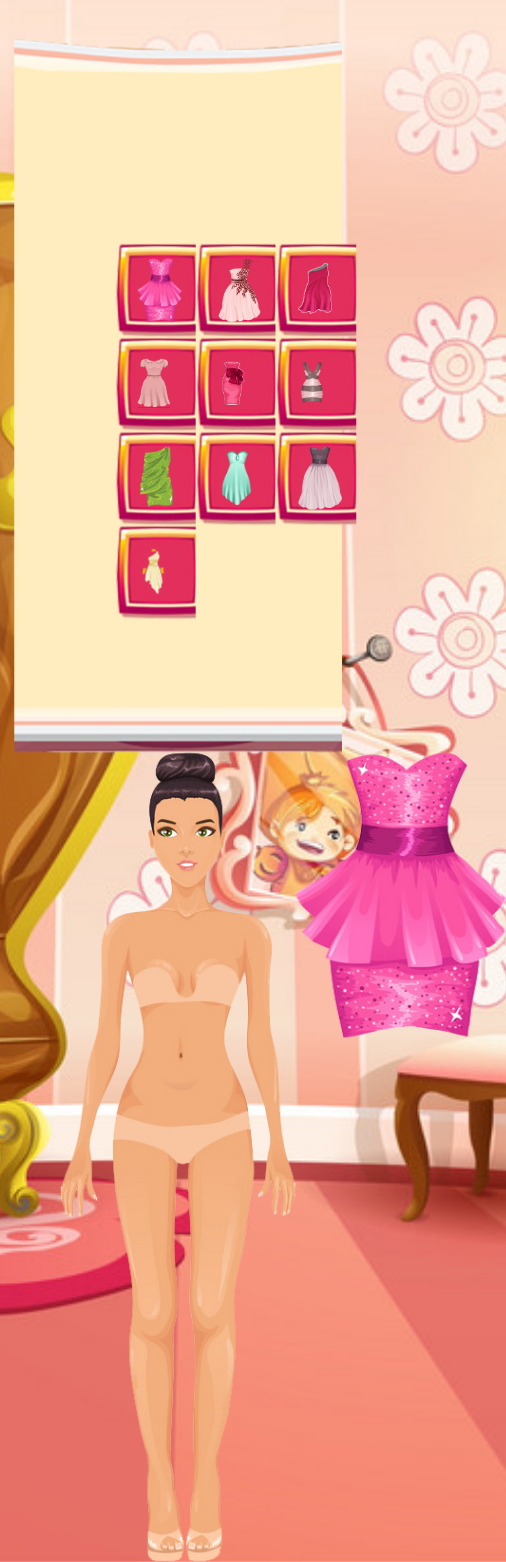
Repository: bunbubam/GameThayDoReactjs_NguyenKhacNghia
Page: /
The author's editor kept a copy of each file at every save. The page is drawn from the files as they stood at one save, then again after the next save.
The browser window is 375 px wide. The page is 533 px wide, so the pictures cover 533 px, including what lies to the right of the window. The pictures show the whole page, at 95% of full size.
The project was rebuilt for these pictures with package versions that can differ from the ones it lists, and the page was loaded fresh each time.

Above is the page before, as saved 2022-04-08 16:41:11.

### public/index.html
<!doctype html>
<html lang="en">
  <head>
    <title>GameThaydo</title>
    <!-- Required meta tags -->
    <meta charset="utf-8">
    <meta name="viewport" content="width=device-width, initial-scale=1, shrink-to-fit=no">

    <!-- Bootstrap CSS -->
    <link rel="stylesheet" href="https://stackpath.bootstrapcdn.com/bootstrap/4.3.1/css/bootstrap.min.css" integrity="sha384-ggOyR0iXCbMQv3Xipma34MD+dH/1fQ784/j6cY/iJTQUOhcWr7x9JvoRxT2MZw1T" crossorigin="anonymous">
  </head>
  <body>
    <div id="root"></div>
    <!-- Optional JavaScript -->
    <!-- jQuery first, then Popper.js, then Bootstrap JS -->
    <script src="https://code.jquery.com/jquery-3.3.1.slim.min.js" integrity="sha384-q8i/X+965DzO0rT7abK41JStQIAqVgRVzpbzo5smXKp4YfRvH+8abtTE1Pi6jizo" crossorigin="anonymous"></script>
    <script src="https://cdnjs.cloudflare.com/ajax/libs/popper.js/1.14.7/umd/popper.min.js" integrity="sha384-UO2eT0CpHqdSJQ6hJty5KVphtPhzWj9WO1clHTMGa3JDZwrnQq4sF86dIHNDz0W1" crossorigin="anonymous"></script>
    <script src="https://stackpath.bootstrapcdn.com/bootstrap/4.3.1/js/bootstrap.min.js" integrity="sha384-JjSmVgyd0p3pXB1rRibZUAYoIIy6OrQ6VrjIEaFf/nJGzIxFDsf4x0xIM+B07jRM" crossorigin="anonymous"></script>
  </body>
</html>

### src/App.js
import logo from './logo.svg';
import './App.css';
import Dress from './gamethaydo/dress';

function App() {
  return (
    <Dress></Dress>
  );
}

export default App;

### src/App.css
body {
    background: url(gamethaydo/images/dress-room.jpg) no-repeat;
    background-position: 50% 53%;
    background-size: cover;
}
.girl {
    position: relative;
    top: 0;
    left: 0;
    width: 247px;
    height: 852px;
    z-index: -1;
}
.girl .clothing-main {
    position: absolute;
    z-index: 1;
}
.clothing-box {
    background: url(gamethaydo/images/box.png) no-repeat;
    background-position: 50% 50%;
    background-size: cover;
    width: 700px;
    height: 792px;
    padding: 115px 0 0 121px;
}
.clothing-item {
    background: url(gamethaydo/images/menu.png) no-repeat;
    width: 100px;
    height: 99px;
    cursor: pointer;
}
.clothing-item img {height: 67px;}
#Clothing1 {
    top: 25%;
    left: 6.5%;
}
#Clothing2 {
    top: 19%;
    left: 3%;
}
#Clothing3 {
    top: 19%;
    left: 7.5%;
}
#Clothing4 {
    top: 19.5%;
    left: 9.5%;
}
#Clothing5 {
    top: 26%;
    left: 20.3%;
}
#Clothing6 {
    top: 19%;
    left: 22%;
}
#Clothing7 {
    top: 19.4%;
    left: 5.5%;
}
#Clothing8 {
    top: 26%;
    left: 17%;
}
#Clothing9 {
    top: 26%;
    left: 4%;
}
#Clothing10 {
    top: 16.6%;
    left: 4%;
}

@media (min-width: 1200px) {
    body {overflow: hidden;}
    .dress-main .row {height: 100vh;}
    .girl {top: 3%;}
}
@media (max-width: 480px) {

}

### src/gamethaydo/dress.js
import React, {Component} from 'react';
import ChildDress from './childDress';
import Clothing1 from './images/trangphuc1.png';
import Clothing2 from './images/trangphuc2.png';
import Clothing3 from './images/trangphuc3.png';
import Clothing4 from './images/trangphuc4.png';
import Clothing5 from './images/trangphuc5.png';
import Clothing6 from './images/trangphuc6.png';
import Clothing7 from './images/trangphuc7.png';
import Clothing8 from './images/trangphuc8.png';
import Clothing9 from './images/trangphuc9.png';
import Clothing10 from './images/trangphuc10.png';
import Clothing11 from './images/trangphuc_mini/trangphuc1.png';
import Clothing12 from './images/trangphuc_mini/trangphuc2.png';
import Clothing13 from './images/trangphuc_mini/trangphuc3.png';
import Clothing14 from './images/trangphuc_mini/trangphuc4.png';
import Clothing15 from './images/trangphuc_mini/trangphuc5.png';
import Clothing16 from './images/trangphuc_mini/trangphuc6.png';
import Clothing17 from './images/trangphuc_mini/trangphuc7.png';
import Clothing18 from './images/trangphuc_mini/trangphuc8.png';
import Clothing19 from './images/trangphuc_mini/trangphuc9.png';
import Clothing20 from './images/trangphuc_mini/trangphuc10.png';

class Dress extends Component {
    listArray = {
        itemClothings: [
            {classClothing: "Clothing1", avatar: Clothing11, img: Clothing1},
            {classClothing: "Clothing2", avatar: Clothing12, img: Clothing2},
            {classClothing: "Clothing3", avatar: Clothing13, img: Clothing3},
            {classClothing: "Clothing4", avatar: Clothing14, img: Clothing4},
            {classClothing: "Clothing5", avatar: Clothing15, img: Clothing5},
            {classClothing: "Clothing6", avatar: Clothing16, img: Clothing6},
            {classClothing: "Clothing7", avatar: Clothing17, img: Clothing7},
            {classClothing: "Clothing8", avatar: Clothing18, img: Clothing8},
            {classClothing: "Clothing9", avatar: Clothing19, img: Clothing9},
            {classClothing: "Clothing10", avatar: Clothing20, img: Clothing10}
        ]
    }
    render() {
        return(
            <div className='container-fluid'>
                <div className='dress-main'>
                    <ChildDress fatherProps={this.listArray}/>
                </div>
            </div>
        )
    };
}
export default Dress;

### src/gamethaydo/childDress.js
import React, { Component } from 'react';

class ChildDress extends Component {
    state = {
        clothing: this.props.fatherProps.itemClothings[0].img,
        id: this.props.fatherProps.itemClothings[0].class
    }
    changeClothing = (imgs, ids) => {
        return (
            this.setState({
                clothing: imgs,
                id: ids
            })
        )
    }
    render() {
        const arrayProps = this.props.fatherProps.itemClothings
        return (
            <div className='row'>
                <div className='col-12 col-sm-12 col-md-7 col-xl-6 block-left d-flex flex-row justify-content-center align-items-center'>
                    <div className='clothing-box d-flex flex-column justify-content-center'>
                        <div className='row'>
                            {arrayProps.map((item, index) => {
                                return <div key={index} onClick={() => this.changeClothing(item.img, item.classClothing)} className='clothing-item d-flex flex-row justify-content-flex-start align-items-center pl-4 col-4'>
                                        <img src={item.avatar} className='img-fluid' />
                                    </div>
                            })}
                        </div>
                    </div>
                </div>
                <div className='col-12 col-sm-12 col-md-5 col-xl-6 block-right position-relative d-flex flex-row justify-content-center align-items-center'>
                    <div className='girl'>
                        <img src={require('./images/girl.png')} className='girl-main img-fluid' />
                        <img src={this.state.clothing} id={this.state.id} className='clothing-main img-fluid' />
                    </div>
                </div>
            </div>
        );
    }
}

export default ChildDress;

Loaded but not shown: src/index.js (common file); src/index.css (common file); src/reportWebVitals.js (common file)

After the next save:
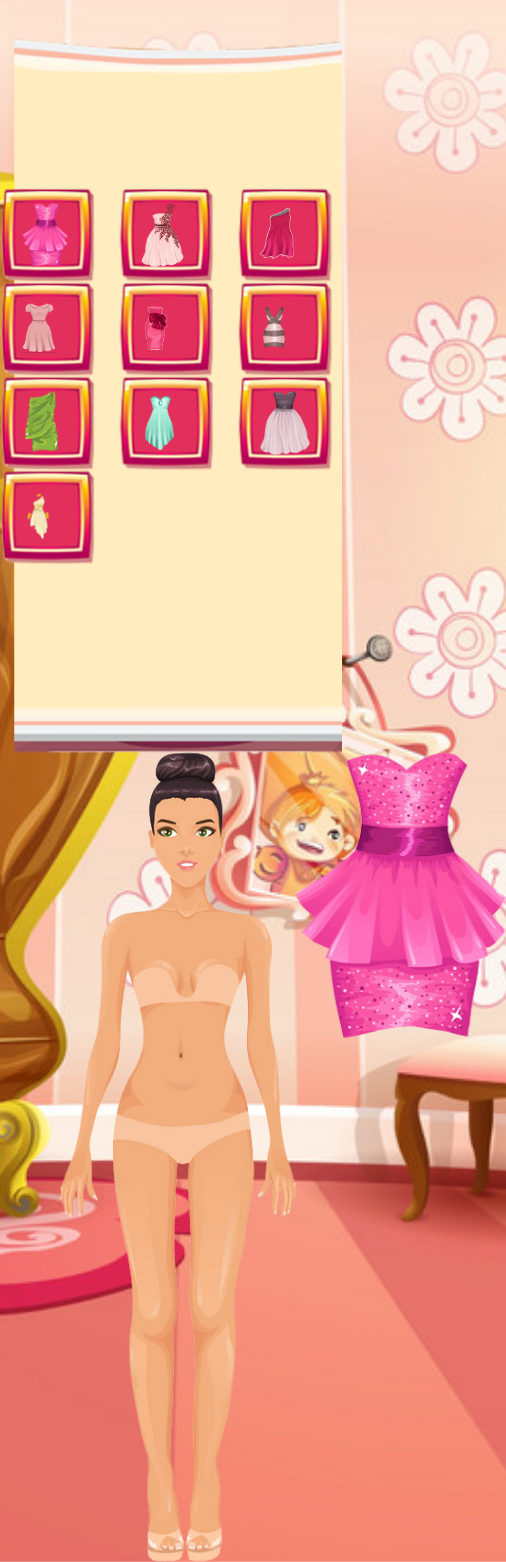
Saved 11 s later.
--- a/src/App.css
+++ b/src/App.css
@@ -77,5 +77,5 @@ body {
     .girl {top: 3%;}
 }
 @media (max-width: 480px) {
-
+    .clothing-box {padding: 0;}
 }
